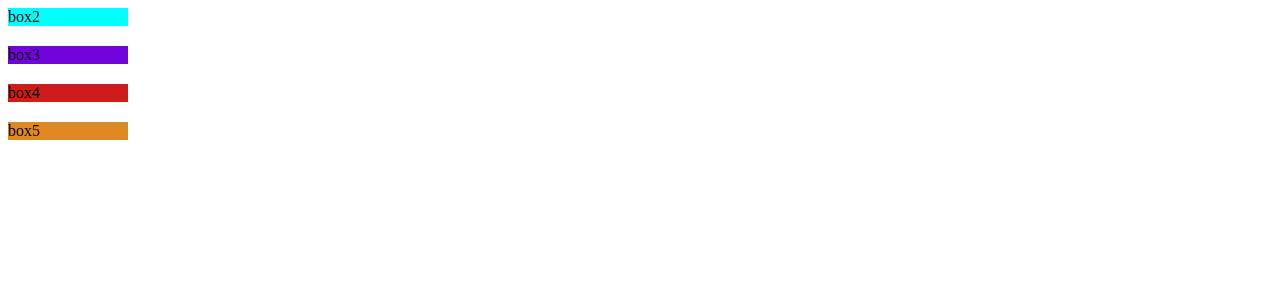
Repository: ABDUSALIMSUBAHIELBASHI/full-html-css-js
Page: Desktop/coding/css/indexday2.html
These files come from the project's save history. The page is drawn as it stood at one moment and after the next save; the edit follows.
The browser window is 1280 px wide. The pictures show the whole page.

Above is the page before, as saved 2025-09-16 10:40:20.

### Desktop/coding/css/indexday2.html
<!DOCTYPE html>
<html lang="en">

<head>
    <meta charset="UTF-8">
    <meta name="viewport" content="width=device-width, initial-scale=1.0">
    <link rel="stylesheet" href="indexday2.css">

    <title>Document</title>
</head>

<body>
<div id="box" class="container">


    <div id="box" class="box2">box2</div>
    <div id="box" class="box3">box3</div>
    <div id="box" class="box4">box4</div>
    <div id="box" class="box5">box5</div>
</div>
</body>

</html>

### Desktop/coding/css/indexday2.css
.container{
    display: flex;
    gap: 20px;
    justify-content:space-evenly;
    justify-items: center;
    height: 80vh;
    flex-direction: column;
}
#box{
    width: 120px;
    height: 120px;
}
.box2{
    background-color: rgb(0, 255, 255);
}
.box3{
    background-color: rgb(114, 2, 219);
}
.box4{
    background-color: #d11b1b;
}
.box5{
    background-color: rgb(223, 136, 30);
}

After the next save:
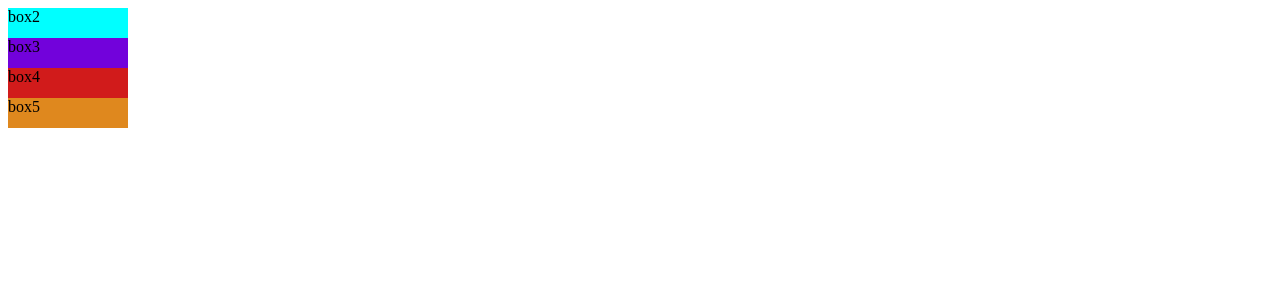
Saved 25 s later.
--- a/Desktop/coding/css/indexday2.css
+++ b/Desktop/coding/css/indexday2.css
@@ -1,6 +1,6 @@
 .container{
     display: flex;
-    gap: 20px;
+    /* gap: 20px; */
     justify-content:space-evenly;
     justify-items: center;
     height: 80vh;
